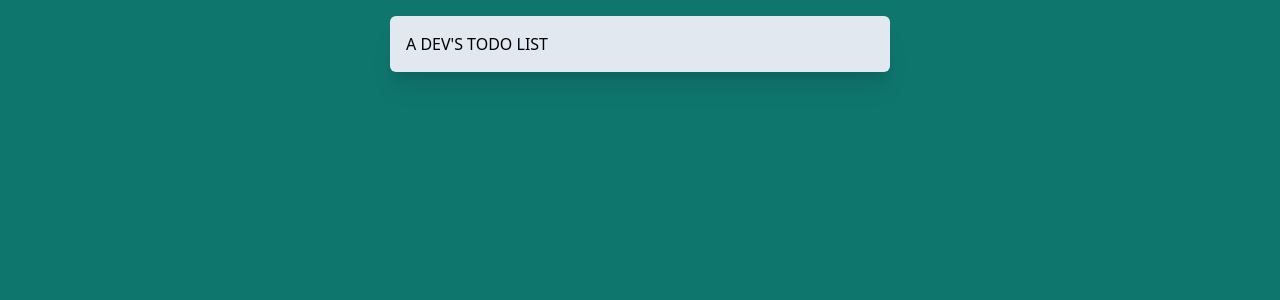
Repository: DevAntonioRogers/React-Todo-CRUD-App
Page: /
These files come from the project's save history. The page is drawn as it stood at one moment and after the next save; the edit follows.
The browser window is 1280 px wide. The pictures show the whole page.
The project was rebuilt for these pictures with package versions that can differ from the ones it lists, and the page was loaded fresh each time. Also part of the build but not shown: vite.config.ts.

Above is the page before, as saved 2023-05-14 01:17:52.

### src/App.tsx
const App = () => {
  return (
    <div className="h-screen w-screen p-4 bg-teal-700">
      <div className="bg-slate-200 max-w-[500px] w-full m-auto rounded-md shadow-xl p-4">
        <h1>A DEV'S TODO LIST</h1>
      </div>
    </div>
  );
};

export default App;

Loaded but not shown: index.html (common file); src/main.tsx (common file); src/index.css (common file); tailwind.config.js (common file)

After the next save:
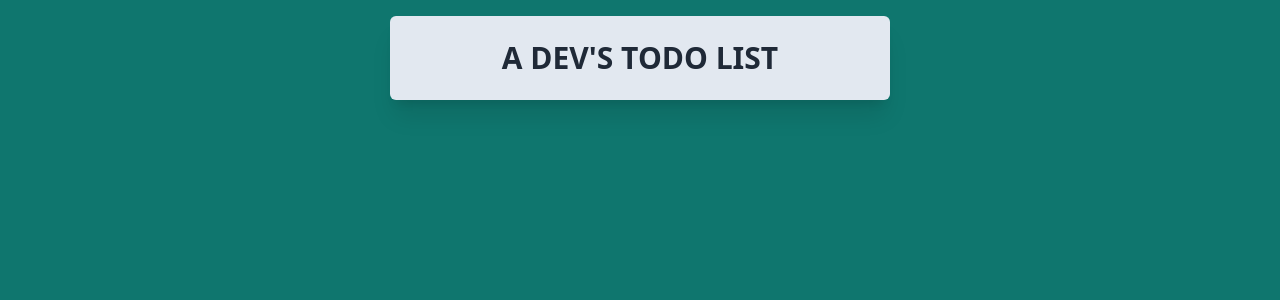
Saved 49 s later.
--- a/src/App.tsx
+++ b/src/App.tsx
@@ -2,7 +2,7 @@ const App = () => {
   return (
     <div className="h-screen w-screen p-4 bg-teal-700">
       <div className="bg-slate-200 max-w-[500px] w-full m-auto rounded-md shadow-xl p-4">
-        <h1>A DEV'S TODO LIST</h1>
+        <h1 className="text-3xl font-bold text-center text-gray-800 p-2">A DEV'S TODO LIST</h1>
       </div>
     </div>
   );
